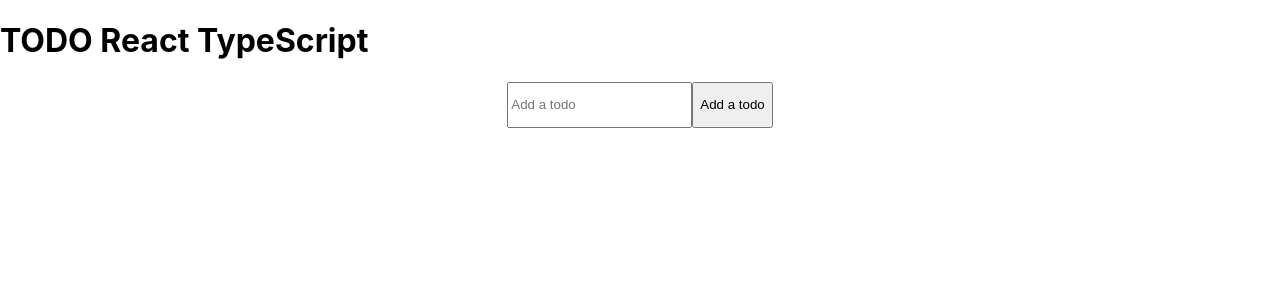
Repository: gligor99/todo-ts-react
Page: /
These files come from the project's save history. The page is drawn as it stood at one moment and after the next save; the edit follows.
The browser window is 1280 px wide. The pictures show the whole page.
The project was rebuilt for these pictures with package versions that can differ from the ones it lists, and the page was loaded fresh each time. Also part of the build but not shown: src/components/TodoListItem.tsx.

Above is the page before, as saved 2021-11-19 21:27:12.

### src/App.tsx
import React, { useState } from "react";
import "./App.css";
import TodoForm from "./components/TodoForm";
import TodoList from "./components/TodoList";

function App() {
  const [todos, setTodos] = useState<Array<Todo>>([]);

  const addTodo: AddTodo = (newTodo) => {
    if (newTodo !== "") {
      setTodos([...todos, { text: newTodo, complete: false }]);
    }
  };

  const toggleComplete: ToggleComplete = (selectedTodo) => {
    const updatedTodos = todos.map((todo) => {
      if (todo === selectedTodo) {
        return { ...todo, complete: !todo.complete };
      }
      return todo;
    });
    setTodos(updatedTodos)
  };

  return (
    <div className="App">
      <h1>TODO React TypeScript</h1>
      <TodoForm addTodo={addTodo} />
      <TodoList todos={todos} toggleComplete={toggleComplete} />
    </div>
  );
}

export default App;

### src/App.css
.todo-form {
    display: flex;
    justify-content: center;
}
.todo-input {
    height: 3em;
}

### src/components/TodoForm.tsx
import React, { ChangeEvent, FormEvent, useState } from "react";

interface TodoFormProps {
  addTodo: AddTodo;
}

const TodoForm: React.FC<TodoFormProps> = ({ addTodo }) => {
  const [newTodo, setNewTodo] = useState<string>("");

  const handleChange = (e: ChangeEvent<HTMLInputElement>) => {
    setNewTodo(e.target.value);
  };

  const handleSubmit = (e: FormEvent<HTMLButtonElement>) => {
    e.preventDefault();
    addTodo(newTodo);
    setNewTodo("");
  };

  return (
    <form className="todo-form">
      <input
        type="text"
        value={newTodo}
        className="todo-input"
        placeholder="Add a todo"
        onChange={handleChange}
      />
      <button type="submit" className="todo-button" onClick={handleSubmit}>
        Add a todo
      </button>
    </form>
  );
};

export default TodoForm;

### src/components/TodoList.tsx
import React from "react";
import TodoListItem from "./TodoListItem";

interface TodoListProps {
  todos: Array<Todo>;
  toggleComplete: ToggleComplete;
}

const TodoList: React.FC<TodoListProps> = ({ todos, toggleComplete }) => {
  return (
    <ul>
      {todos.map((todo) => {
          return (
              <ul>
                  <TodoListItem key={todo.text} todo={todo} toggleComplete={toggleComplete}/>
              </ul>
          )
      })}
    </ul>
  );
};

export default TodoList;

Loaded but not shown: public/index.html (common file); src/index.tsx (common file); src/index.css (common file); src/reportWebVitals.ts (common file)

After the next save:
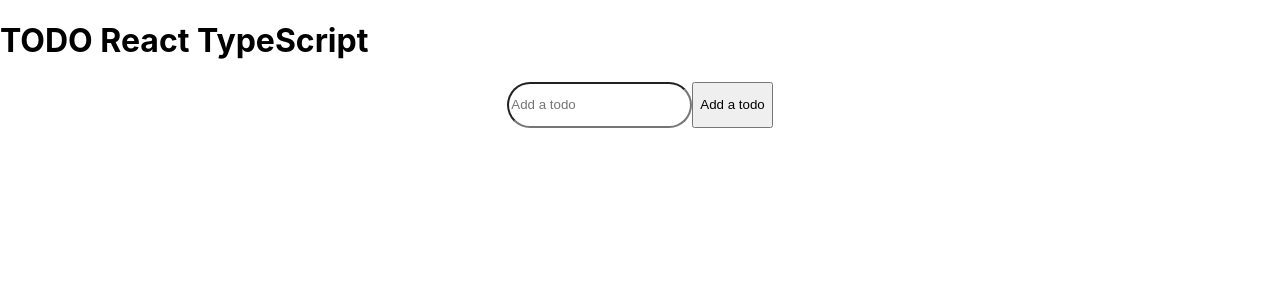
Saved 11 s later.
--- a/src/App.css
+++ b/src/App.css
@@ -4,4 +4,5 @@
 }
 .todo-input {
     height: 3em;
+    border-radius: 2em;
 }
